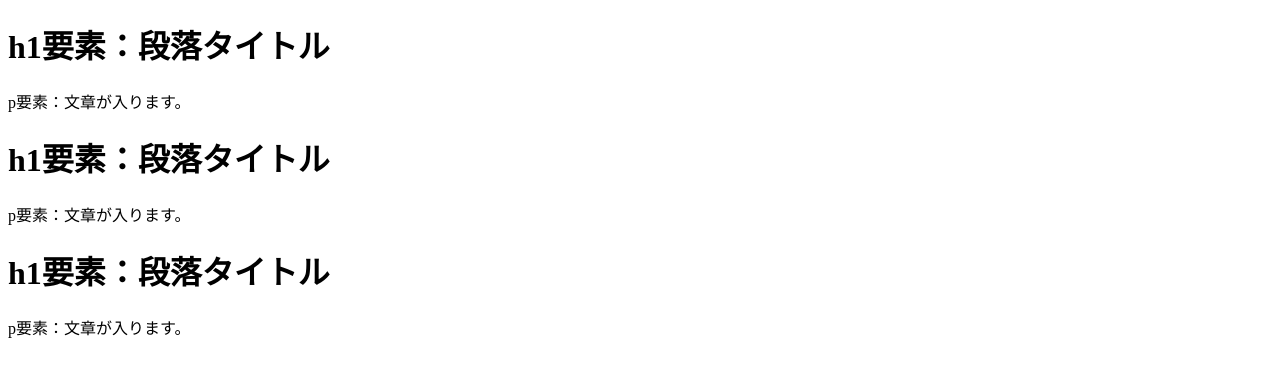
Repository: KOIZUMI-master/samurai_HTML-CSS
Page: index.html
The author's editor kept a record of every edit. The page is drawn from the files as they stood at one moment, then again after the next edit.
The browser window is 1280 px wide. The pictures show the whole page.

Above is the page before.

### index.html
<!DOCTYPE html>
<html lang="ja">
<head>
  <meta charset="UTF-8">
  <meta name="viewport" content="width=device-width, initial-scale=1.0">
  <meta http-equiv="X-UA-Compatible" content="ie=edge">
  <title>HTML/CSSの学習</title>
</head>
<body>
  <h1>h1要素：段落タイトル</h1>
 <p>p要素：文章が入ります。</p>
 <h1>h1要素：段落タイトル</h1>
 <p>p要素：文章が入ります。</p>
 <h1>h1要素：段落タイトル</h1>
 <p>p要素：文章が入ります。</p>
</body>
</html>

After the next edit:
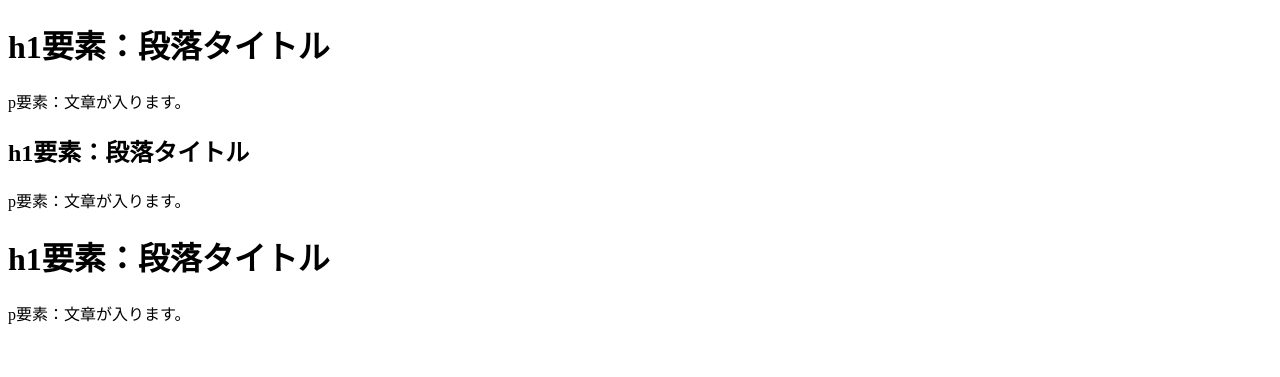
The edit:
--- a/index.html
+++ b/index.html
@@ -9,7 +9,7 @@
 <body>
   <h1>h1要素：段落タイトル</h1>
  <p>p要素：文章が入ります。</p>
- <h1>h1要素：段落タイトル</h1>
+ <h2>h1要素：段落タイトル</h2>
  <p>p要素：文章が入ります。</p>
  <h1>h1要素：段落タイトル</h1>
  <p>p要素：文章が入ります。</p>
